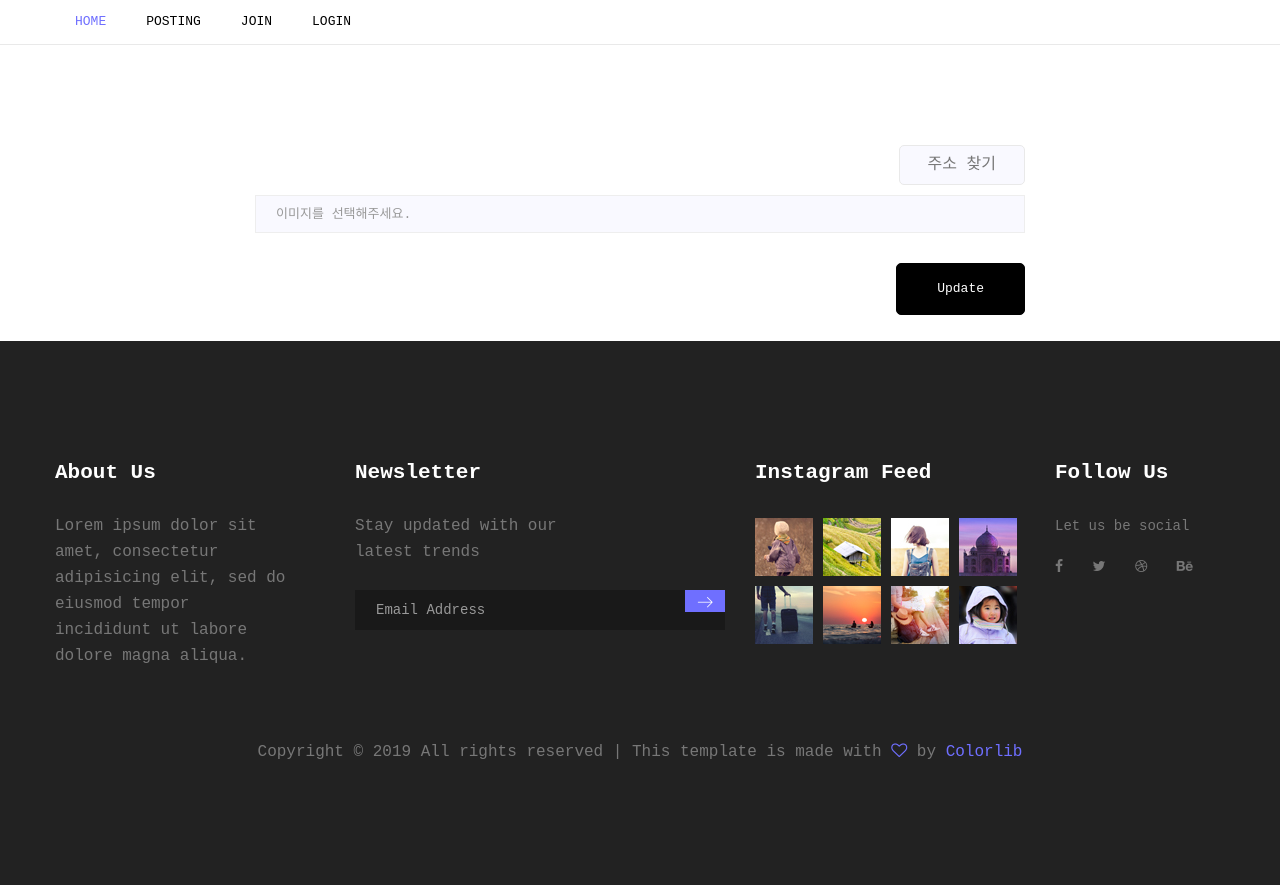
Repository: juneyj114/jspblog
Page: http://localhost/blog/user/userProfileForm.jsp
These files come from the project's save history. The page is drawn as it stood at one moment and after the next save; the edit follows.
The browser window is 1280 px wide. The pictures show the whole page.
Some web fonts or font styles are not loaded; a fallback is used. The page is served by Tomcat 9. Other server files are loaded and not shown.

Above is the page before, as saved 2019-11-13 05:40:26.

### blog/WebContent/user/userProfileForm.jsp
<%@ page language="java" contentType="text/html; charset=UTF-8" pageEncoding="UTF-8"%>
<html>
<%@ include file="/include/nav.jsp"%>

<!--================Contact Area =================-->
<section class="contact_area">
	<div class="container">
		<div class="row">
			<div class="col-lg-2"></div>
			<div class="col-lg-8">
				<form class="row contact_form" action="/blog/user?&cmd=update" method="post" onsubmit="return validateCheck()">

					<div class="col-md-12">
						<div class="form-group float-right">
							<a class="blog_btn" onclick={goPopup()}>주소 찾기</a>
						</div>
					</div>
					<div class="col-md-12">
						<div class="form-group">
							<label for="filename" class="form-control">이미지를 선택해주세요.</label>
							<input type="file" id="filename" class="form-control" name="userProfile" hidden readonly >
						</div>
					</div>
					<div class="col-md-12 text-right">
						<button type="submit" value="submit" class="btn submit_btn">Update</button>
					</div>
				</form>
			</div>
			<div class="col-lg-2"></div>
		</div>
	</div>
</section>
<!--================Contact Area =================-->
<%@ include file="/include/footer.jsp"%>
</html>

### blog/WebContent/include/nav.jsp
<%@ page language="java" contentType="text/html; charset=UTF-8" pageEncoding="UTF-8"%>
<%@ taglib prefix="c" uri="http://java.sun.com/jsp/jstl/core"%>
<html>
<head>
<!-- Required meta tags -->
<meta charset="utf-8">
<meta name="viewport" content="width=device-width, initial-scale=1, shrink-to-fit=no">
<link rel="icon" href="/blog/img/favicon.png" type="image/png">
<title>Juney's Blog</title>
<!-- Bootstrap CSS -->
<link rel="stylesheet" href="/blog/css/bootstrap.css">
<link rel="stylesheet" href="/blog/vendors/linericon/style.css">
<link rel="stylesheet" href="/blog/css/font-awesome.min.css">
<link rel="stylesheet" href="/blog/vendors/owl-carousel/owl.carousel.min.css">
<link rel="stylesheet" href="/blog/vendors/lightbox/simpleLightbox.css">
<link rel="stylesheet" href="/blog/vendors/nice-select/css/nice-select.css">
<link rel="stylesheet" href="/blog/vendors/animate-css/animate.css">
<link rel="stylesheet" href="/blog/vendors/jquery-ui/jquery-ui.css">
<!-- main css -->
<link rel="stylesheet" href="/blog/css/style.css">
<link rel="stylesheet" href="/blog/css/responsive.css">

</head>

<body>
	<!--================Header Menu Area =================-->
	<header class="header_area">
		<div class="main_menu">
			<nav class="navbar navbar-expand-lg navbar-light">
				<div class="container box_1620">
					<!-- Brand and toggle get grouped for better mobile display -->
					<a class="navbar-brand logo_h" href="#"><img src="/blog/img/logo.png" alt=""></a>
					<button class="navbar-toggler" type="button" data-toggle="collapse" data-target="#navbarSupportedContent" aria-controls="navbarSupportedContent" aria-expanded="false"
						aria-label="Toggle navigation">
						<span class="icon-bar"></span> <span class="icon-bar"></span> <span class="icon-bar"></span>
					</button>
					<!-- Collect the nav links, forms, and other content for toggling -->
					<div class="collapse navbar-collapse offset" id="navbarSupportedContent">
						<ul class="nav navbar-nav menu_nav" id="mainUl">
							<li class="nav-item active"><a class="nav-link" href="/blog/index.jsp">Home</a></li>
							<li class="nav-item"><a class="nav-link" href="/blog/board/write.jsp">Posting</a></li>
							<%-- <li class="nav-item"><a class="nav-link" href="/blog/user/join.jsp">Join</a></li> --%>

							<%-- <c:choose>
								<c:when test="${empty sessionScope.username}">
									<li class="nav-item">
										<a class="nav-link" href="/blog/user/login.jsp">Login</a>
									</li>
								</c:when>
								<c:otherwise>
									<li class="nav-item">
										<a class="nav-link" href="/blog/user?cmd=logout">Logout</a>
									</li>
								</c:otherwise>
							</c:choose> --%>

						</ul>
						<ul class="nav navbar-nav navbar-right header_social ml-auto">
							<c:choose>
								<c:when test="${empty sessionScope.user}"></c:when>
								<c:otherwise>
								<a href="/blog/user/userProfileForm.jsp"><img src="${sessionScope.user.userProfile}" style="height: 40px; border-radius: 100%; width: 40px;" /></a>
								</c:otherwise>

							</c:choose>
						</ul>
					</div>
				</div>
			</nav>
			<script>
				const mainUl = document.querySelector("#mainUl");
				const id = "<c:out value='${sessionScope.user}'/>";
				const li1 = document.createElement("li");
				const a1 = document.createElement("a");
				const li2 = document.createElement("li");
				const a2 = document.createElement("a");
				console.log(id);
				if (id === null || id === "") {
					a1.innerText = "Join";
					a1.href = "/blog/user/join.jsp";
					a2.innerText = "Login";
					a2.href = "/blog/user/login.jsp";
				} else {
					a1.innerText = "Profile";
					a1.href = "/blog/user/update.jsp";
					a2.innerText = "Logout";
					a2.href = "/blog/user?cmd=logout";
				}
				a1.classList.add("nav-link");
				li1.classList.add("nav-item");
				li1.appendChild(a1);
				mainUl.appendChild(li1);
				a2.classList.add("nav-link");
				li2.classList.add("nav-item");
				li2.appendChild(a2);
				mainUl.appendChild(li2);
			</script>

		</div>
	</header>

</body>
</html>

### blog/WebContent/include/footer.jsp
<%@ page language="java" contentType="text/html; charset=UTF-8" pageEncoding="UTF-8"%>

<html>
<body>
<!--================ start footer Area  =================-->
	<footer class="footer-area p_120" style="margin-top:10px">
		<div class="container">
			<div class="row">
				<div class="col-lg-3  col-md-6 col-sm-6">
					<div class="single-footer-widget">
						<h6 class="footer_title">About Us</h6>
						<p>Lorem ipsum dolor sit amet, consectetur adipisicing elit, sed do eiusmod tempor incididunt ut labore dolore magna aliqua.</p>
					</div>
				</div>
				<div class="col-lg-4 col-md-6 col-sm-6">
					<div class="single-footer-widget">
						<h6 class="footer_title">Newsletter</h6>
						<p>Stay updated with our latest trends</p>
						<div id="mc_embed_signup">
							<form target="_blank" action="https://spondonit.us12.list-manage.com/subscribe/post?u=1462626880ade1ac87bd9c93a&amp;id=92a4423d01" method="get" class="subscribe_form relative">
								<div class="input-group d-flex flex-row">
									<input name="EMAIL" placeholder="Email Address" onfocus="this.placeholder = ''" onblur="this.placeholder = 'Email Address '" required="" type="email">
									<button class="btn sub-btn">
										<span class="lnr lnr-arrow-right"></span>
									</button>
								</div>
								<div class="mt-10 info"></div>
							</form>
						</div>
					</div>
				</div>
				<div class="col-lg-3 col-md-6 col-sm-6">
					<div class="single-footer-widget instafeed">
						<h6 class="footer_title">Instagram Feed</h6>
						<ul class="list instafeed d-flex flex-wrap">
							<li><img src="/blog/img/instagram/Image-01.jpg" alt=""></li>
							<li><img src="/blog/img/instagram/Image-02.jpg" alt=""></li>
							<li><img src="/blog/img/instagram/Image-03.jpg" alt=""></li>
							<li><img src="/blog/img/instagram/Image-04.jpg" alt=""></li>
							<li><img src="/blog/img/instagram/Image-05.jpg" alt=""></li>
							<li><img src="/blog/img/instagram/Image-06.jpg" alt=""></li>
							<li><img src="/blog/img/instagram/Image-07.jpg" alt=""></li>
							<li><img src="/blog/img/instagram/Image-08.jpg" alt=""></li>
						</ul>
					</div>
				</div>
				<div class="col-lg-2 col-md-6 col-sm-6">
					<div class="single-footer-widget f_social_wd">
						<h6 class="footer_title">Follow Us</h6>
						<p>Let us be social</p>
						<div class="f_social">
							<a href="#"><i class="fa fa-facebook"></i></a> <a href="#"><i class="fa fa-twitter"></i></a> <a href="#"><i class="fa fa-dribbble"></i></a> <a href="#"><i class="fa fa-behance"></i></a>
						</div>
					</div>
				</div>
			</div>
			<div class="row footer-bottom d-flex justify-content-between align-items-center">
				<p class="col-lg-12 footer-text text-center">
					<!-- Link back to Colorlib can't be removed. Template is licensed under CC BY 3.0. -->
					Copyright &copy;
					<script>
						document.write(new Date().getFullYear());
					</script>
					All rights reserved | This template is made with <i class="fa fa-heart-o" aria-hidden="true"></i> by <a href="https://colorlib.com" target="_blank">Colorlib</a>
					<!-- Link back to Colorlib can't be removed. Template is licensed under CC BY 3.0. -->
				</p>
			</div>
		</div>
	</footer>

<!--================ End footer Area  =================-->

<!-- Optional JavaScript -->
<!-- jQuery first, then Popper.js, then Bootstrap JS -->
<script src="/blog/js/jquery-3.2.1.min.js"></script>
<script src="/blog/js/popper.js"></script>
<script src="/blog/js/bootstrap.min.js"></script>
<script src="/blog/js/stellar.js"></script>
<script src="/blog/vendors/lightbox/simpleLightbox.min.js"></script>
<script src="/blog/vendors/nice-select/js/jquery.nice-select.min.js"></script>
<script src="/blog/vendors/isotope/imagesloaded.pkgd.min.js"></script>
<script src="/blog/vendors/isotope/isotope-min.js"></script>
<script src="/blog/vendors/owl-carousel/owl.carousel.min.js"></script>
<script src="/blog/vendors/jquery-ui/jquery-ui.js"></script>
<script src="/blog/js/jquery.ajaxchimp.min.js"></script>
<script src="/blog/js/mail-script.js"></script>
<script src="/blog/js/theme.js"></script>
</body>
</html>

### blog/WebContent/css/responsive.css
@media (max-width:1619px){
	/* Main Menu Area css
	============================================================================================ */
   .header_area .navbar .search {
		margin-left: 40px;
	}
	/* End Main Menu Area css
	============================================================================================ */
	.home_banner_area .blog_text_slider .owl-prev, .home_banner_area .blog_text_slider .owl-next {
		right: 0px;
		font-size: 30px;
	}
}
@media (max-width:1199px){
	/* Main Menu Area css
	============================================================================================ */
	.header_area + section, .header_area + div {
		margin-top: 143px;
	}
	.top_menu .container{
		display: block;
	}
	/* End Main Menu Area css
	============================================================================================ */
	/* Home Banner Area css
	============================================================================================ */
	.home_banner_area {
		min-height: 700px;
	}
	/* End Home Banner Area css
	============================================================================================ */
	.home_banner_area {
		background-size: cover;
	}
	.blog_text {
		padding: 65px 65px 65px 65px;
	}
	.banner_area {
		background-size: cover;
	}
	.blog_style1 .blog_text {
		padding-left: 15px;
		padding-right: 15px;
		padding-top: 0px;
		padding-bottom: 0px;
	}
}

@media (max-width:991px){
	/* Main Menu Area css
	============================================================================================ */
	.logo_part {
		display: none;
	}
    .navbar-toggler {
        border: none;
        border-radius: 0px;
        padding: 0px;
        cursor: pointer;
        margin-top: 27px;
        margin-bottom: 23px;
		float: right;
    }
	.header_area .navbar {
		background: #fff;
	}
    .navbar-toggler[aria-expanded="false"] span:nth-child(2) {
		opacity: 1;
	}
	.navbar-toggler[aria-expanded="true"] span:nth-child(2) {
		opacity: 0;
	}
	.navbar-toggler[aria-expanded="true"] span:first-child {
		transform: rotate(-45deg);
		position: relative;
		top: 7.5px;
	}
	.navbar-toggler[aria-expanded="true"] span:last-child {
		transform: rotate(45deg);
		bottom: 6px;
		position: relative;
	}
	.navbar-toggler span{
		display: block;
		width: 25px;
		height: 3px;
		background: #000;
		margin: auto;
		margin-bottom: 4px;
		transition: all 400ms linear;
		cursor: pointer;
	}
    .navbar .container{
        padding-left: 15px;
        padding-right: 15px;
    }
    .nav{
        padding: 0px 0px;
    }
	.header_area + section, .header_area + row, .header_area + div {
		margin-top: 117px;
	}
    .header_top .nav{
        padding: 0px;
    }
    .header_area .navbar .nav .nav-item .nav-link{
        line-height: 40px;
        margin-right: 0px;
        display: block;
		border-bottom: 1px solid #ededed33;
		border-radius: 0px;
    }
    .header_area .navbar .search{
        margin-left: 0px;
    }
	.header_area .navbar-collapse{
		max-height: 340px;
		overflow-y: scroll;
	}
	.header_area .navbar .nav .nav-item.submenu ul .nav-item .nav-link {
		padding: 0px 15px;
	}
	.header_area .navbar .nav .nav-item {
		margin-right: 0px;
	}
	.header_area + section, .header_area + row, .header_area + div {
		margin-top: 71px;
	}
	.main_menu .navbar .container_inner {
		display: block;
	}
	.main_menu .navbar .navbar-brand {
		display: inline-block;
		padding-top: 11px;
		width: 173px;
	}
	.main_menu .navbar .navbar-brand img {
		width: 100%;
	}
	/* End Main Menu Area css
	============================================================================================ */

	/* Contact Page Area css
	============================================================================================ */
	.contact_info{
		margin-bottom: 50px;
	}
	/* End Contact page Area css
	============================================================================================ */
	.home_banner_area .donation_inner{
		margin-bottom: -30px;
	}
	.single-footer-widget{
		margin-bottom: 30px;
	}
	.footer-area .row{
		margin-bottom: -30px;
	}
	/* Footer Area css
	============================================================================================ */
	/* End End Footer Area css
	============================================================================================ */
	.home_banner_area {
		background-size: cover;
		margin-bottom: 0px;
	}
	/* Extra header Area css
	============================================================================================ */
	/* End Extra header Area css
	============================================================================================ */

	.nav.navbar-nav.navbar-right.header_social{
		display: none;
	}

}
@media (max-width:767px){
	.home_banner_area {
		min-height: 500px;
	}
	.home_banner_area .banner_inner {
		min-height: 500px;
	}
	.home_banner_area .banner_inner .banner_content {
		margin-top: 0px;
	}
	/* Blog Page Area css
	============================================================================================ */
    .blog_banner .banner_inner .blog_b_text h2 {
		font-size: 40px;
		line-height: 50px;
	}
	.blog_info.text-right{
		text-align: left !important;
		margin-bottom: 10px;
	}
	/* End Blog Page Area css
	============================================================================================ */
	.home_banner_area .banner_inner .banner_content h3 {
		font-size: 30px;
	}
	.home_banner_area .banner_inner .banner_content p br {
		display: none;
	}
	/* Footer Area css
	============================================================================================ */
	.footer-bottom .footer-text{
		text-align: center;
	}
	.footer-bottom .footer-social {
		text-align: center;
		margin-bottom: 20px;
	}
	/* End End Footer Area css
	============================================================================================ */
	.blog_style1.small .blog_img img{
		width: 100%;
	}
}
@media (max-width:575px){

	.header_area + section, .header_area + row, .header_area + div {
		margin-top: 71px;
	}
	.top_menu {
		display: none;
	}

    /* Home Banner Area css
	============================================================================================ */
	.home_banner_area .banner_inner .banner_content h2 {
		font-size: 28px;
	}
	.home_banner_area {
		min-height: 500px;
	}
	.home_banner_area .banner_inner {
		min-height: 500px;
	}
	.blog_banner .banner_inner .blog_b_text {
		margin-top: 0px;
	}
	.home_banner_area .banner_inner .banner_content img{
		display: none;
	}
	.home_banner_area .banner_inner .banner_content h5 {
		margin-top: 0px;
	}
	.home_banner_area .banner_inner .banner_content .date a {
		margin-right: 8px;
	}
	/* End Home Banner Area css
	============================================================================================ */
	.p_120 {
		padding-top: 70px;
		padding-bottom: 70px;
	}
	.main_title h2 {
		font-size: 25px;
	}
	/* Elements Area css
	============================================================================================ */
	.sample-text-area {
		padding: 70px 0 70px 0;
	}
	/* End Elements Area css
	============================================================================================ */

	/* Blog Page Area css
	============================================================================================ */
	.blog_details h2 {
		font-size: 20px;
		line-height: 30px;
	}
	.blog_banner .banner_inner .blog_b_text h2 {
		font-size: 28px;
		line-height: 38px;
	}
	.banner_area .banner_inner .banner_content {
		margin-top: 0px;
	}
	/* End Blog Page Area css
	============================================================================================ */
	/* Footer Area css
	============================================================================================ */
	/* End End Footer Area css
	============================================================================================ */
	.pad_top {
		padding-top: 70px;
	}
	.mt-100 {
		margin-top: 50px;
	}
	.single-footer-widget p {
		max-width: 100%;
	}
	.p_100 {
		padding-top: 70px;
		padding-bottom: 70px;
	}
	.blog_style1 .blog_text .blog_text_inner {
		margin-top: 0px;
	}
	.blog_style1 .blog_text {
		padding-left: 0px;
		padding-right: 0px;
		padding-top: 0px;
		padding-bottom: 0px;
	}
	.blog_text .cat a {
		margin-right: 5px;
	}
	.blog_text .cat .cat_btn {
		display: block;
		width: 86px;
		margin-bottom: 10px;
	}
}

@media (max-width:480px){
	/* Main Menu Area css
	============================================================================================ */
	.header_area .navbar-collapse{
		max-height: 250px;
	}
	/* End Main Menu Area css
	============================================================================================ */

	/* Home Banner Area css
	============================================================================================ */
    .home_banner_area .banner_inner .banner_content {
		padding: 30px 15px;
		margin-top: 0px;
	}
	.banner_content .white_btn {
		display: block;
	}
	.home_banner_area .banner_inner .banner_content h3 {
		font-size: 24px;
	}
	.home_banner_area .carousel .carousel-indicators {
		bottom: -50px;
		z-index: 20;
	}
	/* End Home Banner Area css
	============================================================================================ */
	.banner_area .banner_inner .banner_content h2 {
		font-size: 32px;
	}
	/* Blog Page Area css
	============================================================================================ */
	.comments-area .thumb {
		margin-right: 10px;
	}

	/* End Blog Page Area css
	============================================================================================ */
	.home_banner_area .blog_text_slider .owl-prev {
		top: auto;
		bottom: 110px;
		transform: translateY(-0%);
		left: 10px;
	}
	.home_banner_area .blog_text_slider .owl-next {
		top: auto;
		bottom: 110px;
		right: 10px;
		transform: translateY(-0%);
	}
	.blog_text {
		padding: 60px 20px;
	}
}

Loaded but not shown: blog/WebContent/css/bootstrap.css (library); blog/WebContent/vendors/linericon/style.css (library); blog/WebContent/css/font-awesome.min.css (library); blog/WebContent/vendors/owl-carousel/owl.carousel.min.css (common file); blog/WebContent/vendors/lightbox/simpleLightbox.css (library); blog/WebContent/vendors/nice-select/css/nice-select.css (library); blog/WebContent/vendors/animate-css/animate.css (library); blog/WebContent/vendors/jquery-ui/jquery-ui.css (library); blog/WebContent/js/jquery-3.2.1.min.js (library); blog/WebContent/js/popper.js (library); blog/WebContent/js/bootstrap.min.js (library); blog/WebContent/js/stellar.js (library); blog/WebContent/vendors/lightbox/simpleLightbox.min.js (library); blog/WebContent/vendors/nice-select/js/jquery.nice-select.min.js (common file); blog/WebContent/vendors/isotope/imagesloaded.pkgd.min.js (library); blog/WebContent/vendors/isotope/isotope-min.js (library); blog/WebContent/vendors/owl-carousel/owl.carousel.min.js (library); blog/WebContent/vendors/jquery-ui/jquery-ui.js (library); blog/WebContent/js/jquery.ajaxchimp.min.js (library); blog/WebContent/js/theme.js (283 lines, source omitted); blog/WebContent/js/mail-script.js (31 lines, source omitted); blog/WebContent/css/style.css (3904 lines, source omitted)

After the next save:
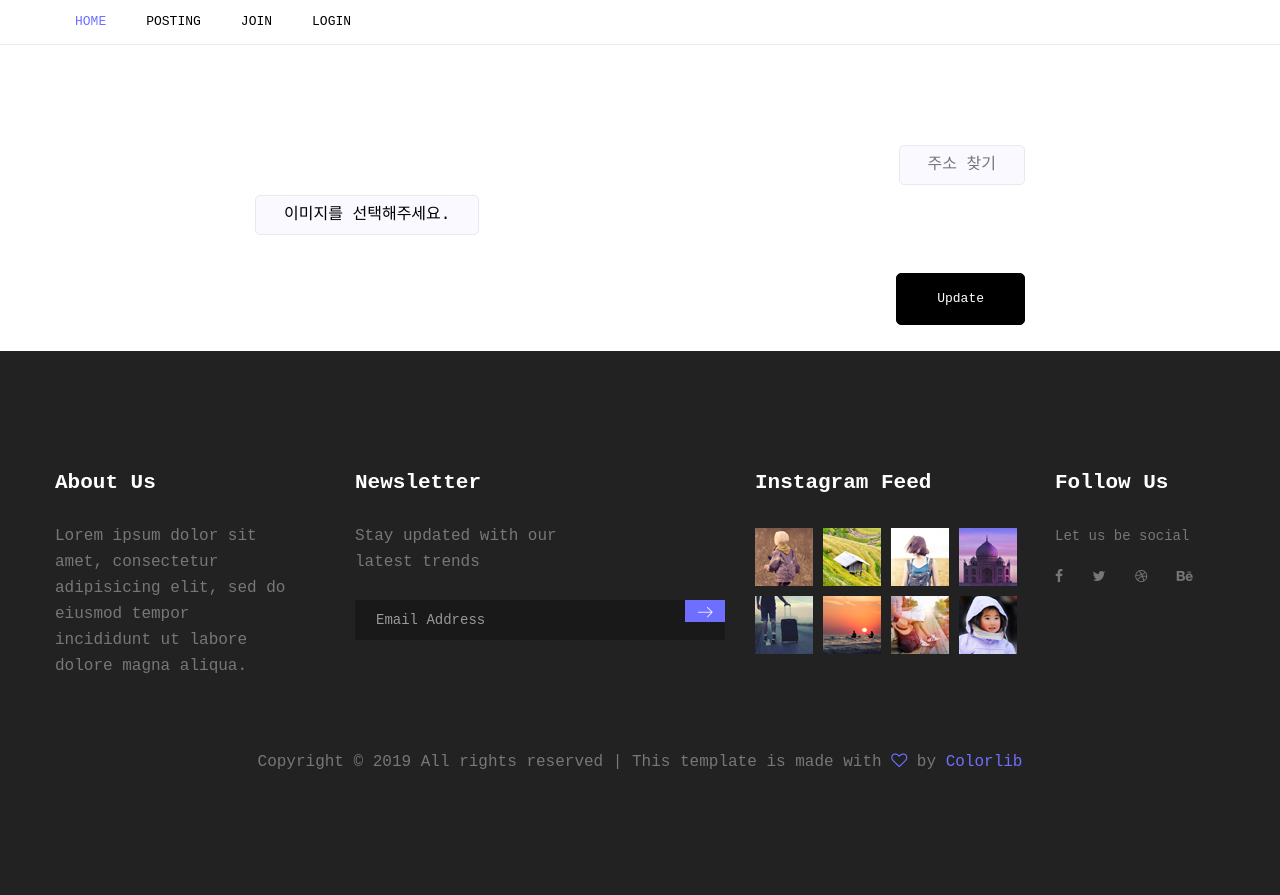
Saved 97 s later.
--- a/blog/WebContent/user/userProfileForm.jsp
+++ b/blog/WebContent/user/userProfileForm.jsp
@@ -17,7 +17,7 @@
 					</div>
 					<div class="col-md-12">
 						<div class="form-group">
-							<label for="filename" class="form-control">이미지를 선택해주세요.</label>
+							<label for="filename" class="blog_btn">이미지를 선택해주세요.</label>
 							<input type="file" id="filename" class="form-control" name="userProfile" hidden readonly >
 						</div>
 					</div>
